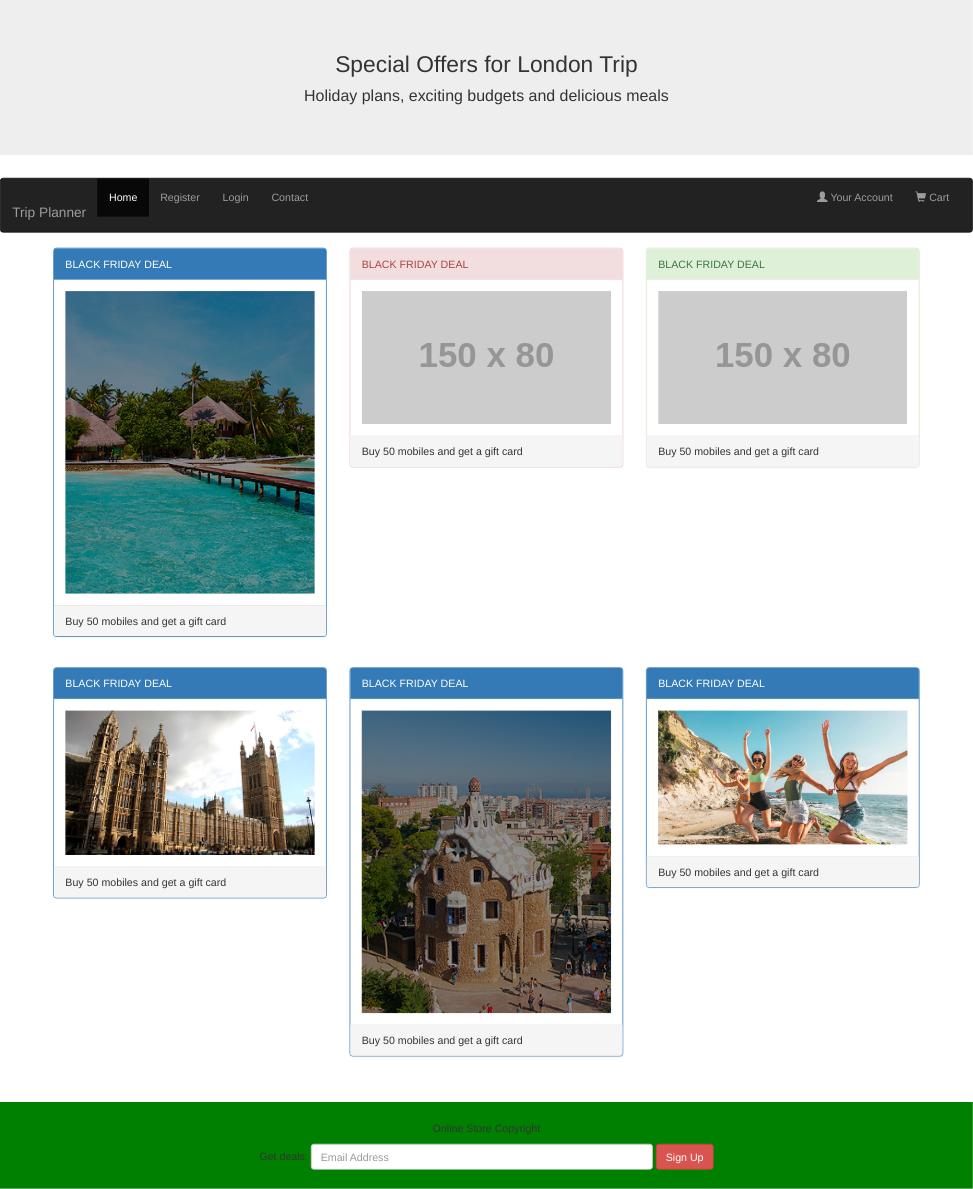
Repository: NanSin21/Mytourism-Website
Page: http://localhost/toursandtravelsmanagement/london.jsp
An editor plug-in stored every save of this project. The page is shown before and after the next save, followed by the edit.
The browser window is 1280 px wide. The pictures show the whole page, at 76% of full size.
The page is served by Tomcat 9. Other server files are loaded and not shown.

Above is the page before, as saved 2018-07-20 08:22:00.

### toursandtravelsmanagement/WebContent/london.jsp
<%@ page language="java" contentType="text/html; charset=ISO-8859-1"
    pageEncoding="ISO-8859-1"%>
<!DOCTYPE html PUBLIC "-//W3C//DTD HTML 4.01 Transitional//EN" "http://www.w3.org/TR/html4/loose.dtd">
<html>
<head>
<meta http-equiv="Content-Type" content="text/html; charset=ISO-8859-1">
<title>London Trip Package</title>
<!-- <meta charset="utf-8"> -->
  <meta name="viewport" content="width=device-width, initial-scale=1">
  <link rel="stylesheet" href="https://maxcdn.bootstrapcdn.com/bootstrap/3.3.7/css/bootstrap.min.css">
  <script src="https://ajax.googleapis.com/ajax/libs/jquery/3.3.1/jquery.min.js"></script>
  <script src="https://maxcdn.bootstrapcdn.com/bootstrap/3.3.7/js/bootstrap.min.js"></script>
  <style>
  .navbar{
  margin-nottom= 50px;
  border-radius= 0;
  }
  .jumbotron{
   margin-bottom= 0;
   }
   footer{
   background: green;
   padding: 25px;
   }
   </style>
</head>
<body>

<div class="jumbotron">
  <div class="container text-center">
   <h2>Special Offers for London Trip</h2>
     <p>Holiday plans, exciting budgets and delicious meals</p>
  </div>
</div>

<nav class="navbar navbar-inverse">
  <div class="container-fluid">
      <div class="navbar-header">
        <button type="button" class="navbar-toggle" data-toggle="collapse" data-target="#myNavbar">
        <span class="icon-bar"></span>
        <span class="icon-bar"></span>
        <span class="icon-bar"></span>
        </button>
        <h1><a class="navbar-brand" href="index.jsp">Trip Planner</a></h1>
      </div>
      <div class="collapse navbar-collapse" id="myNavbar">
      <ul class="nav navbar-nav">
        <li class="active"><a href="TripPlaces/london.jsp">Home</a></li>
        <li><a href="registration.jsp">Register</a></li>
        <li><a href="login.jsp">Login</a></li>
        <li><a href="contact.jsp">Contact</a></li>
      </ul>
      <ul class="nav navbar-nav navbar-right">
        <li><a href="#"><span class="glyphicon glyphicon-user"></span> Your Account</a></li>
        <li><a href="#"><span class="glyphicon glyphicon-shopping-cart"></span> Cart</a></li>
      </ul>
    </div>
  </div>
</nav>


   <div class="container">
  <div class="row">
    <div class="col-sm-4">
      <div class="panel panel-primary">
        <div class="panel-heading">BLACK FRIDAY DEAL</div>
        <div class="panel-body"><img src="images/ban_img2.jpg" class="img-responsive" style="width:100%" alt="Image"></div>
        <div class="panel-footer">Buy 50 mobiles and get a gift card</div>
      </div>
    </div>
    <div class="col-sm-4">
      <div class="panel panel-danger">
        <div class="panel-heading">BLACK FRIDAY DEAL</div>
        <div class="panel-body"><img src="https://placehold.it/150x80?text=IMAGE" class="img-responsive" style="width:100%" alt="Image"></div>
        <div class="panel-footer">Buy 50 mobiles and get a gift card</div>
      </div>
    </div>
    <div class="col-sm-4">
      <div class="panel panel-success">
        <div class="panel-heading">BLACK FRIDAY DEAL</div>
        <div class="panel-body"><img src="https://placehold.it/150x80?text=IMAGE" class="img-responsive" style="width:100%" alt="Image"></div>
        <div class="panel-footer">Buy 50 mobiles and get a gift card</div>
      </div>
    </div>
  </div>
</div><br>

<div class="container">
  <div class="row">
    <div class="col-sm-4">
      <div class="panel panel-primary">
        <div class="panel-heading">BLACK FRIDAY DEAL</div>
        <div class="panel-body"><img src="images/londonhelp.jpg" class="img-responsive" style="width:100%" alt="Image"></div>
        <div class="panel-footer">Buy 50 mobiles and get a gift card</div>
      </div>
    </div>
    <div class="col-sm-4">
      <div class="panel panel-primary">
        <div class="panel-heading">BLACK FRIDAY DEAL</div>
        <div class="panel-body"><img src="images/ban_img1.jpg" class="img-responsive" style="width:100%" alt="Image"></div>
        <div class="panel-footer">Buy 50 mobiles and get a gift card</div>
      </div>
    </div>
    <div class="col-sm-4">
      <div class="panel panel-primary">
        <div class="panel-heading">BLACK FRIDAY DEAL</div>
        <div class="panel-body"><img src="images/1.jpg" class="img-responsive" style="width:100%" alt="Image"></div>
        <div class="panel-footer">Buy 50 mobiles and get a gift card</div>
      </div>
    </div>
  </div>
</div><br><br>

<footer class="container-fluid text-center">
  <p>Online Store Copyright</p>
  <form class="form-inline">Get deals:
    <input type="email" class="form-control" size="50" placeholder="Email Address">
    <button type="button" class="btn btn-danger">Sign Up</button>
  </form>
</footer>
</body>
</html>

After the next save:
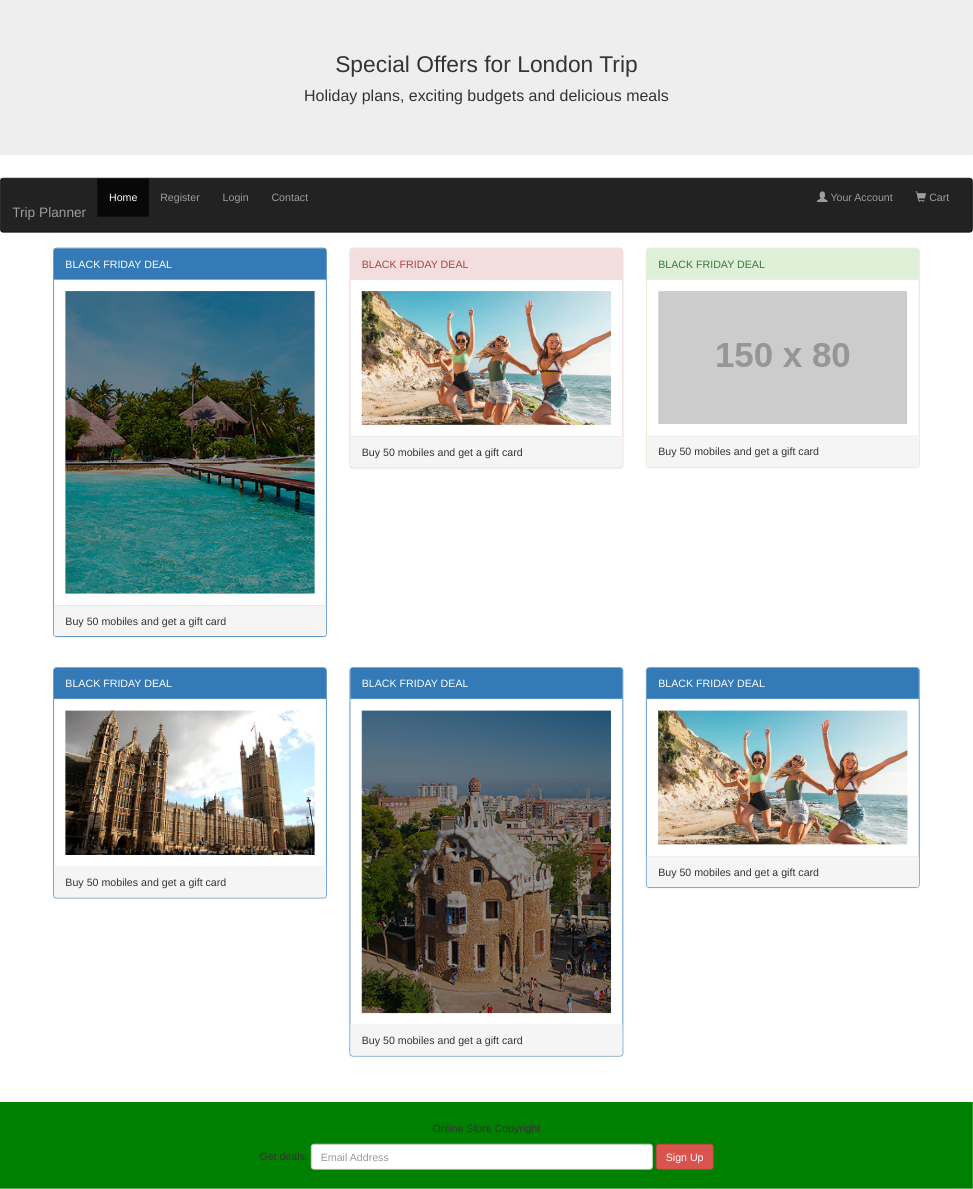
Saved 53 s later.
--- a/toursandtravelsmanagement/WebContent/london.jsp
+++ b/toursandtravelsmanagement/WebContent/london.jsp
@@ -71,7 +71,7 @@
     <div class="col-sm-4">
       <div class="panel panel-danger">
         <div class="panel-heading">BLACK FRIDAY DEAL</div>
-        <div class="panel-body"><img src="https://placehold.it/150x80?text=IMAGE" class="img-responsive" style="width:100%" alt="Image"></div>
+        <div class="panel-body"><img src="images/1.jpg" class="img-responsive" style="width:100%" alt="Image"></div>
         <div class="panel-footer">Buy 50 mobiles and get a gift card</div>
       </div>
     </div>
